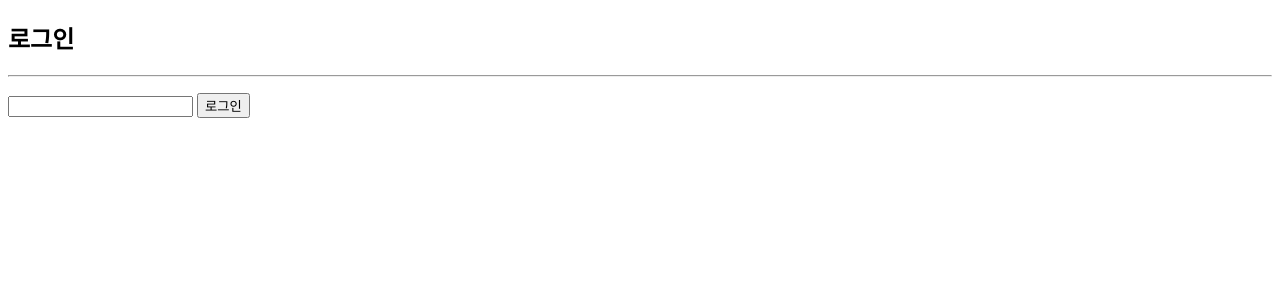
Repository: Yunkieun/jspworks
Page: http://localhost/jspwork2/cart/checkOut.jsp
The author's editor kept a copy of each file at every save. The page is drawn from the files as they stood at one save, then again after the next save.
The browser window is 1280 px wide. The pictures show the whole page.
The page is served by Tomcat 9. Nobody is signed in. The application's start-up code is not run. Other server files are loaded and not shown.

Above is the page before, as saved 2023-07-19 05:41:35.

### jspwork2/src/main/webapp/cart/checkOut.jsp
<%@ page language="java" contentType="text/html; charset=EUC-KR"
    pageEncoding="UTF-8"%>
<!DOCTYPE html>
<html>
<head>
<meta charset="UTF-8">
<title>로그인 폼</title>
</head>
<body>
	<div id="container">
		<h2>로그인</h2>
		<hr>

		<form action="selProduct.jsp" method="post">
			<p>
				<input type="text" name="username">
				<button type="submit">로그인</button>
			</p>
		</form>
	</div>
</body>
</html>

### jspwork2/src/main/webapp/resources/css/style.css
@charset "UTF-8";
#container{width: 80%; margin: 50px auto;}

After the next save:
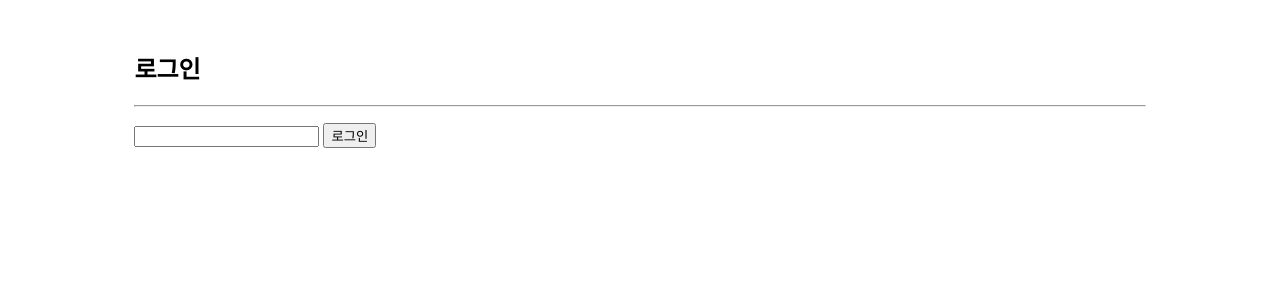
Saved 80 s later.
--- a/jspwork2/src/main/webapp/cart/checkOut.jsp
+++ b/jspwork2/src/main/webapp/cart/checkOut.jsp
@@ -5,6 +5,7 @@
 <head>
 <meta charset="UTF-8">
 <title>로그인 폼</title>
+<link rel="stylesheet" href="../resources/css/style.css">
 </head>
 <body>
 	<div id="container">
